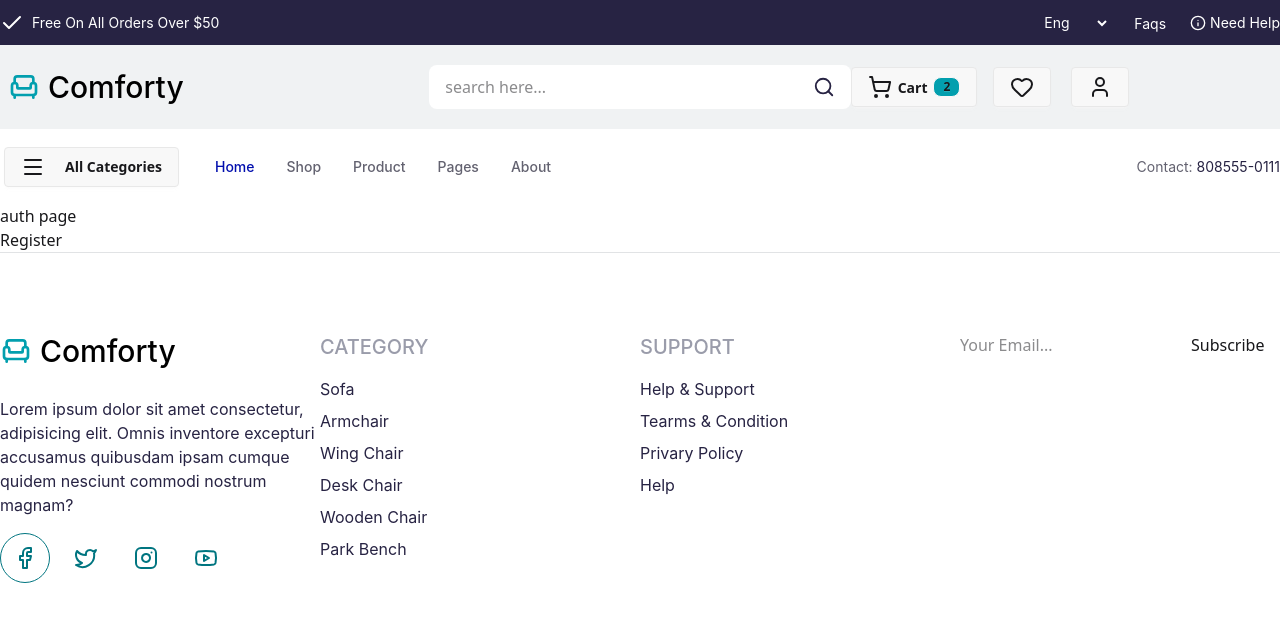
Repository: Neda0o0/store-template-website
Page: /auth/register
These files come from the project's save history. The page is drawn as it stood at one moment and after the next save; the edit follows.
The browser window is 1280 px wide. The pictures show the whole page.
The project was rebuilt for these pictures with package versions that can differ from the ones it lists, and the page was loaded fresh each time. Also part of the build but not shown: vite.config.js, src/components/Banner/Banner.jsx, src/components/Delivery/Delivery.jsx, src/components/Brand/Brand.jsx, src/components/SectionTitle/SectionTitle.jsx, src/components/Features/Features.jsx, src/components/Categories/Categories.jsx, src/components/Product/Product.jsx and 6 more.

Above is the page before, as saved 2025-10-27 16:56:26.

After the next save:
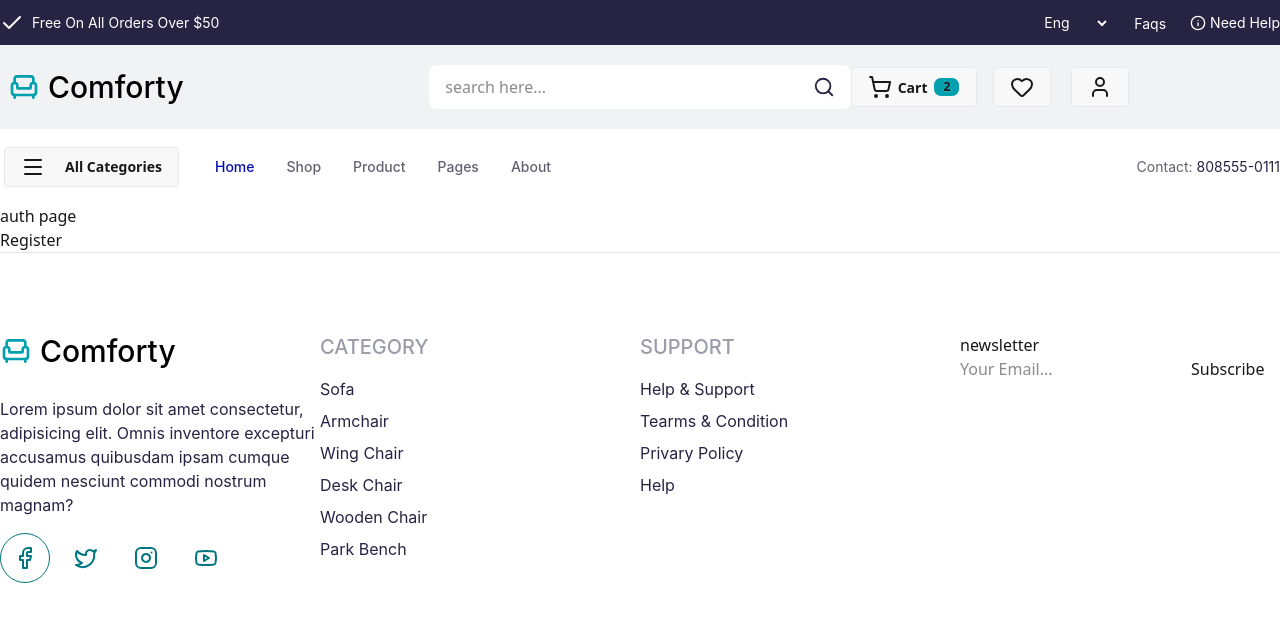
Saved 75 s later.
--- a/src/components/Footer/Footer.jsx
+++ b/src/components/Footer/Footer.jsx
@@ -78,7 +78,7 @@ const Footer = () => {
               </ul>
             </div>
             <div className="footer_wrapper">
-              <h3 className="text-xl text-[#9a9caa] font-inter font-medium capitalize uppercase">
+              <h3 className="text-xl text-[#9a9caa] font-inter font-medium uppercase">
                 support
               </h3>
               <ul className="space-y-2 mt-4">
@@ -105,9 +105,10 @@ const Footer = () => {
               </ul>
             </div>
             <div className="newsletter">
+              <h3>newsletter</h3>
               <form action="#">
                 <input type="email" placeholder="Your Email..." />
-                <button>Subscribe</button>
+                <button type="submit">Subscribe</button>
               </form>
             </div>
           </div>
